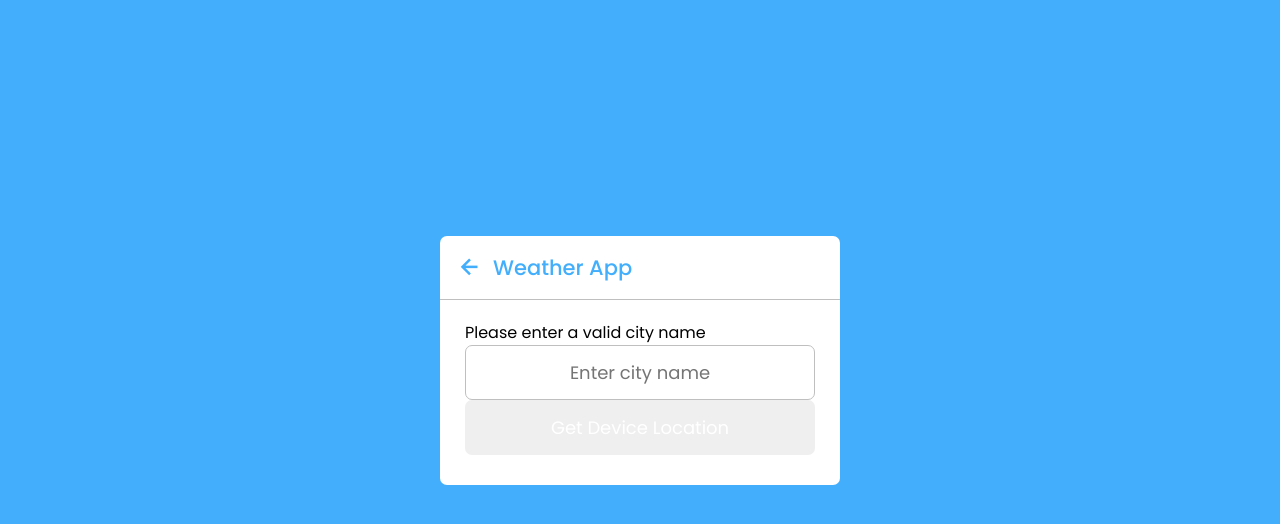
Repository: long13820/Weather-App-HTML-CSS-Javascript
Page: index.html
These files come from the project's save history. The page is drawn as it stood at one moment and after a run of saves; the edit follows.
The browser window is 1280 px wide. The pictures show the whole page.

Above is the page before, as saved 2021-09-02 01:01:51.

After the next 4 saves:
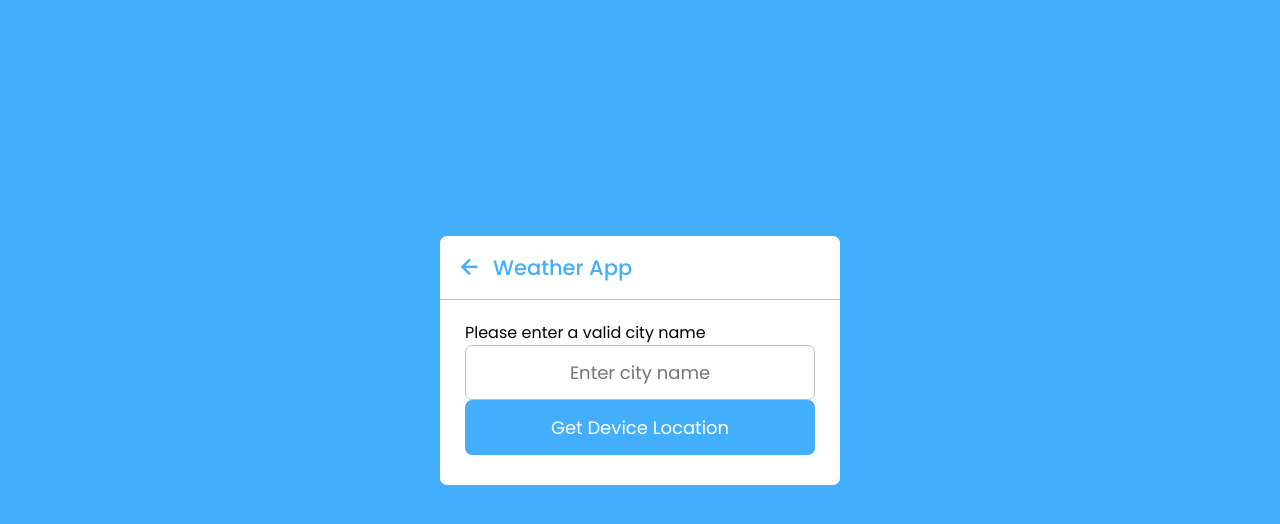
The 4 saves are shown as one change because they came seconds apart.
The last was saved 12 s later.
--- a/style.css
+++ b/style.css
@@ -50,6 +50,6 @@ header i{
 }
 .input-part button{
     color: white;
-    cursor: pointer
-    ;
+    cursor: pointer;
+    background: #43AFFC;
 }
